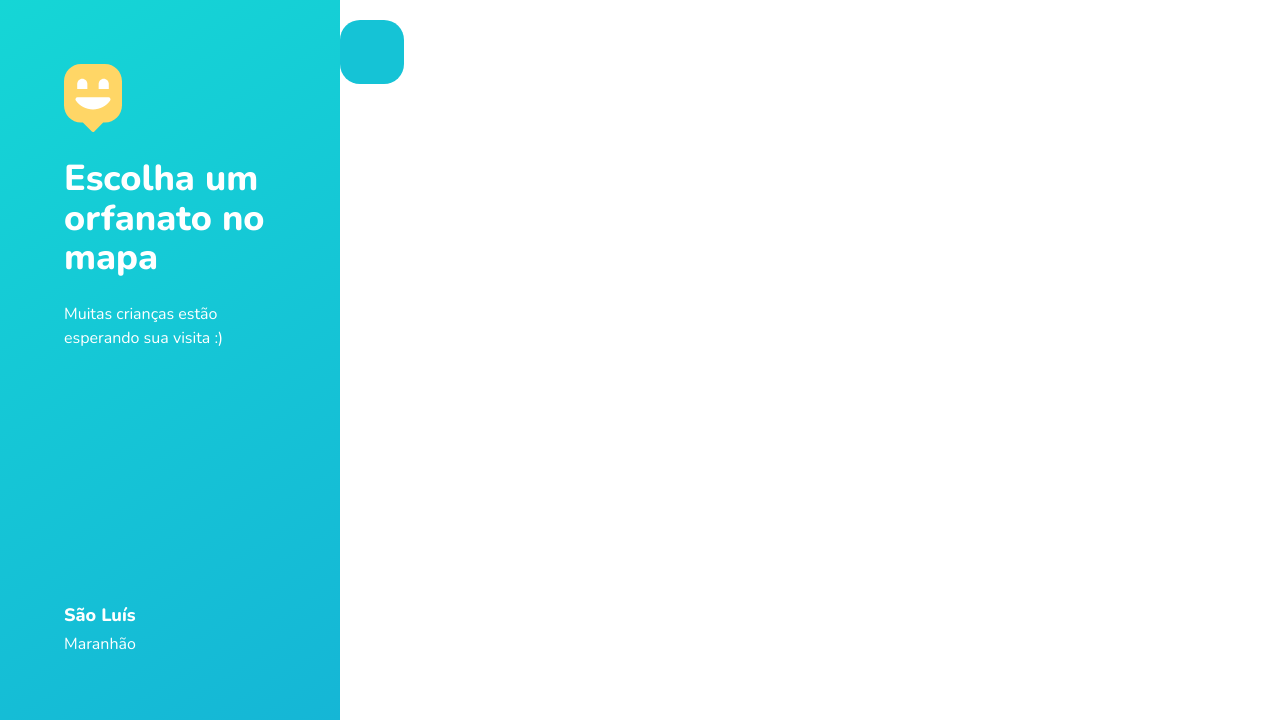
Repository: SrtaPoe/nlw
Page: orphanages.html
These files come from the project's save history. The page is drawn as it stood at one moment and after the next save; the edit follows.
The browser window is 1280 px wide. The pictures show the whole page.

Above is the page before, as saved 2020-10-15 16:13:01.

### orphanages.html
<!DOCTYPE html>
<html lang="pt_BR">
  <head>
    <meta charset="UTF-8" />
    <meta name="viewport" content="width=device-width, initial-scale=1.0" />
    <meta http-equiv="X-UA-Compatible" content="ie=edge" />
    <title>Localize um orfanato | Happy</title>
    <link rel="icon" href="./public/images/logo-icon.png" />
    <link rel="stylesheet" href="/public/css/main.css" />
    <link rel="stylesheet" href="/public/css/page-orphanages.css">
    <link rel="stylesheet" href="/public/css/animation.css">
    <link href="https://fonts.googleapis.com/css2?family=Nunito:wght@400;600;800&display=swap" rel="stylesheet">
  </head>
  <body>
    <div id="page-orphanages">
      <aside>

        <header>
        <img src="./public/images/map-marker.svg" alt="Happy">
          <h2>Escolha um orfanato no mapa</h2>

          <p>Muitas crianças estão esperando sua visita :)</p>
      </header>

      <footer>
        <strong>São Luís</strong>
        <p>Maranhão</p>
      </footer>
      </aside>

      <div id="mapid">

          <a href="create-orphanage.html" class="create-orphanage" title="Cadastre um orfanato"></a>
          <img src="./public/images/plus.svg" alt="Criar orfanato">
      </div>
    </div>

  </body>
</html>

### public/css/main.css
*{
    margin: 0;
    padding:0;
    box-sizing: border-box;
}

body {
    height:100vh;
    color: white;
}

:root{
    font-size: 62.5%;
}

body, input, button, textarea {
    font-weight: 400;
    line-height: 1;
    font-size: 1.8rem;
    font-family: 'Nunito', sans-serif;
}

### public/css/page-orphanages.css
#page-orphanages {
    width:100%;
    height: 100%;
    display:flex;
}

aside {
    width: clamp(34rem, 24vw, 44rem);
    background: linear-gradient(329.54deg, #15B6D6 0%, #15D6D6 100%);
    padding: clamp(3rem, 5vw, 8rem);
    display: flex;
    flex-direction: column;
    justify-content: space-between;
}

aside h2 {
    margin-top: 2.4rem;
    font: 800 clamp(2rem, 5vw, 3.6rem)/1.1 'Nunito', sans serif;
}

aside p {
    margin-top: 2.4rem;
    font: 400 1.6rem/1.5 'Nunito', sans serif;
}

aside footer p {
    margin-top: .8rem;
}

/*mapa botão */

a.create-orphanage {
    position: absolute;
    top: 20px;
    width: 6.4rem;
    height: 6.4rem;
    background: #15C3D6;
    border: 0;
    border-radius: 2rem;
    display: flex;
    align-items: center;
    justify-content: center;
}

### public/css/animation.css
@keyframes up {
    from {
    opacity: 0;
    transform: translateY(16px);
    }
    to {
        opacity: 1;
        transform: translateY(0);
    }
}

.animate-up {
    animation-name: up;
    animation-duration: 300ms;
    animation-fill-mode: backwards;
}

After the next save:
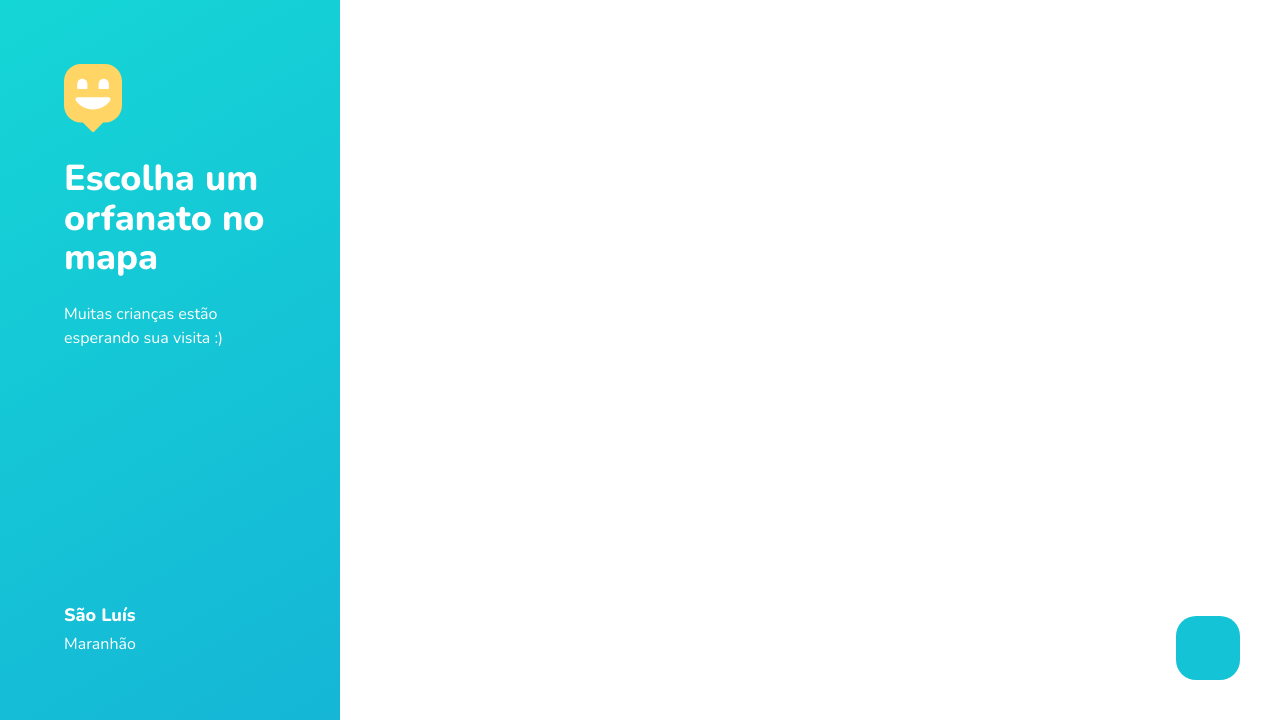
Saved 3 min 48 s later.
--- a/public/css/page-orphanages.css
+++ b/public/css/page-orphanages.css
@@ -31,7 +31,8 @@
 
 a.create-orphanage {
     position: absolute;
-    top: 20px;
+    right: 4rem;
+    bottom: 4rem;
     width: 6.4rem;
     height: 6.4rem;
     background: #15C3D6;
